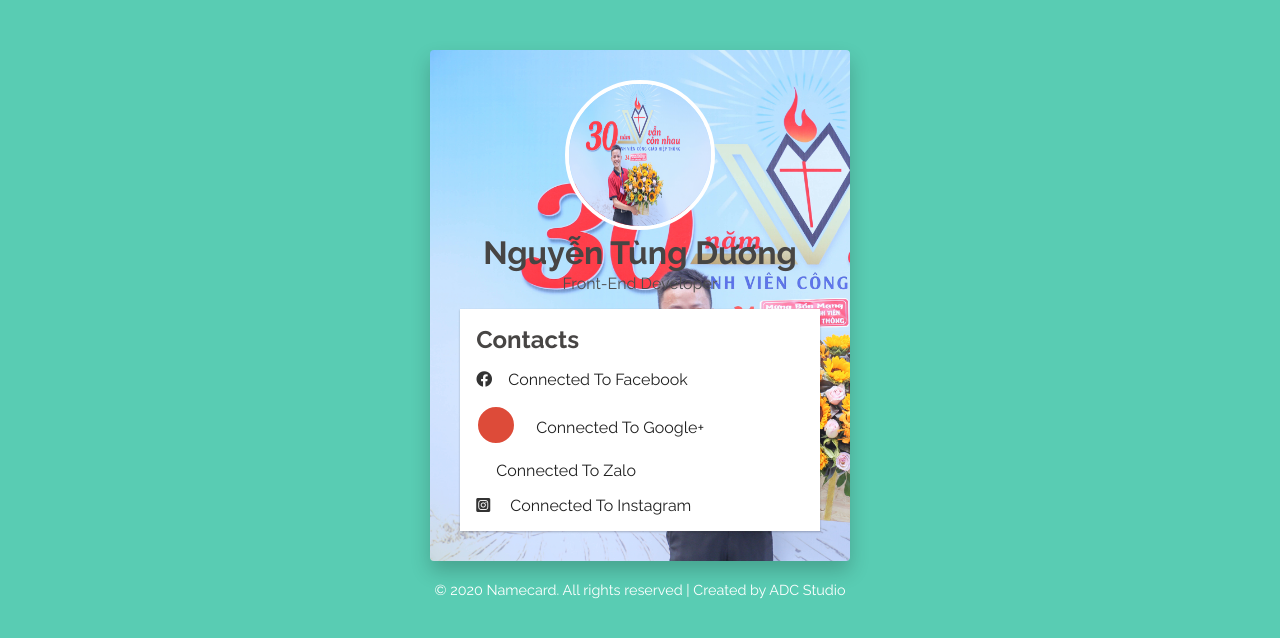
Repository: DuongTungNguyen0899/Card_Duong.github.io
Page: index.html
These files come from the project's save history. The page is drawn as it stood at one moment and after the next save; the edit follows.
The browser window is 1280 px wide. The pictures show the whole page.

Above is the page before, as saved 2021-06-27 17:25:33.

After the next save:
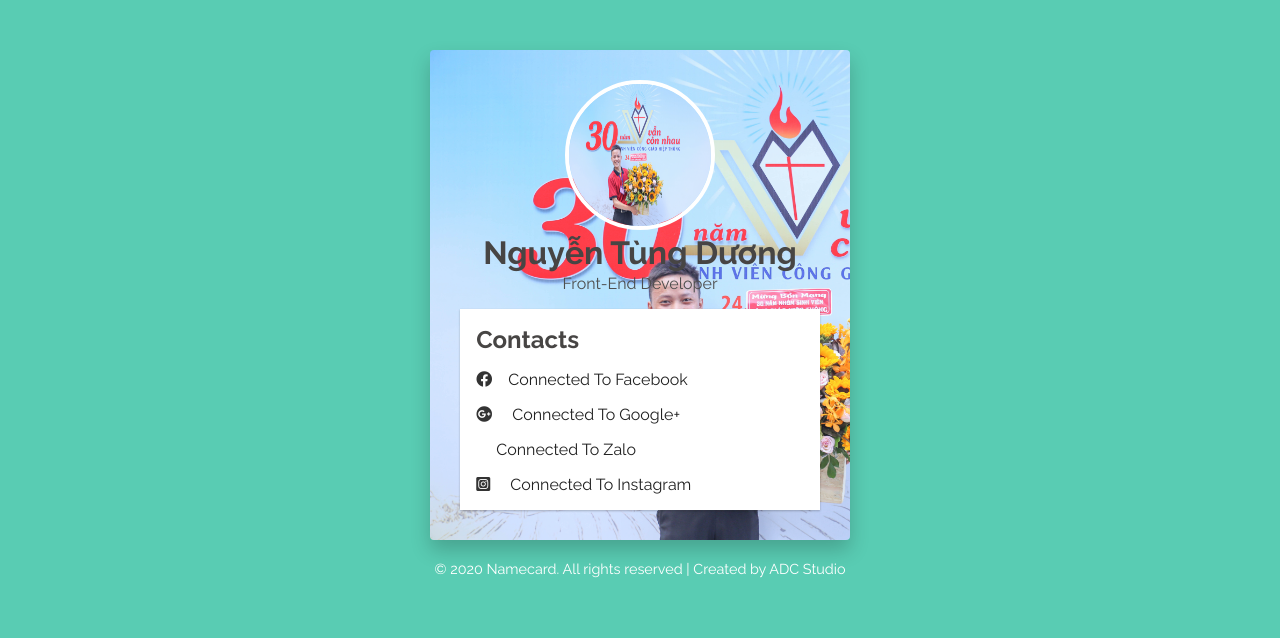
Saved 18 s later.
--- a/index.html
+++ b/index.html
@@ -38,8 +38,8 @@
 						<li><a href="https://www.facebook.com/DuongTung.td/"> <i class="fab fa-facebook" aria-hidden="true"></i><p>Connected To Facebook</p></a></li>
 						<!-- <li><a href="#"><i class="fa fa-twitter" aria-hidden="true"></i> <p>Connected To Twitter</p></a></li> -->
 						<!-- <li><a href="#"><i class="fa fa-linkedin" aria-hidden="true"></i> <p>Connected To Linkedin</p></a></li> -->
-                        <li><a href="#"><i class="fa fa-google-plus" aria-hidden="true"></i> <p>Connected To Google+</p></a></li>
-                        <li><a href="#"><i class="fa fa-zalo" aria-hidden="true"></i> <p>Connected To Zalo</p></a></li>
+                        <li><a href="#"><i class="fab fa-google-plus" aria-hidden="true"></i> <p>Connected To Google+</p></a></li>
+                        <li><a href="#"><i class="fab fa-zalo" aria-hidden="true"></i> <p>Connected To Zalo</p></a></li>
                         <li><a href="https://www.instagram.com/aaachuuchaa/"><i class="fab fa-instagram-square"></i> <p>Connected To Instagram</p></a></li>
 					</ul>
 				</div>
